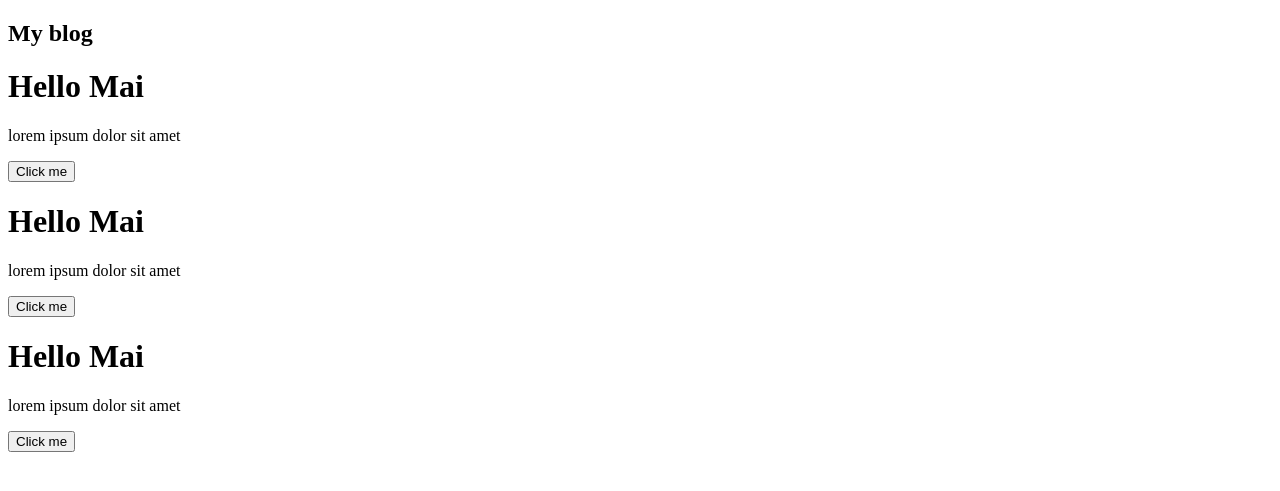
Repository: MaiCrespo/BlogEntry
Page: /
These files come from the project's save history. The page is drawn as it stood at one moment and after the next save; the edit follows.
The browser window is 1280 px wide. The pictures show the whole page.
The project was rebuilt for these pictures with package versions that can differ from the ones it lists, and the page was loaded fresh each time. Also part of the build but not shown: vite.config.js, src/index.css.

Above is the page before, as saved 2025-09-10 13:49:18.

After the next save:
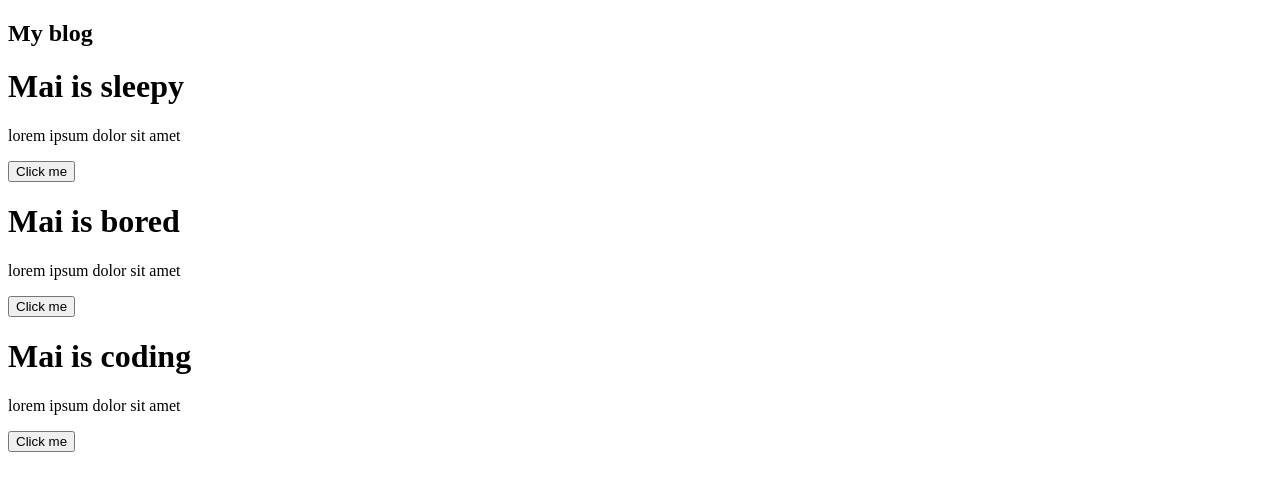
Saved 73 s later.
--- a/src/App.jsx
+++ b/src/App.jsx
@@ -9,14 +9,10 @@ function App() {
   );
 }
 function BlogEntry(props) {
-  {
-    title: "Mai is sleepy";
-    summary: "lorem ipsum dolor sit amet";
-  }
   return (
     <div>
-      <h1>Hello Mai</h1>
-      <p>lorem ipsum dolor sit amet</p>
+      <h1>{props.title}</h1>
+      <p>{props.summary}</p>
       <button>Click me</button>
     </div>
   );
